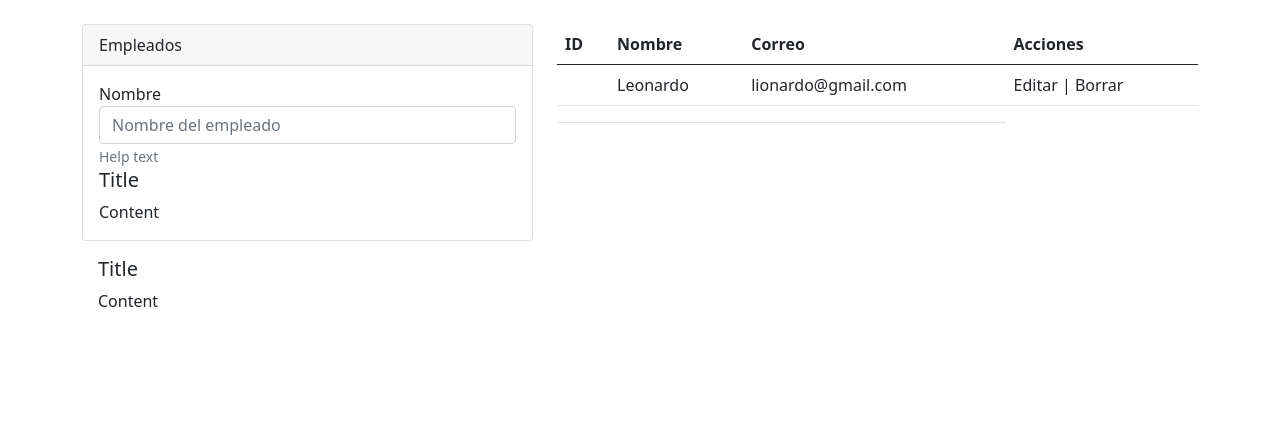
Repository: LionardoGomiz/CRUD-JS-VAINILLA
Page: index.html
An editor plug-in stored every save of this project. The page is shown before and after the next save, followed by the edit.
The browser window is 1280 px wide. The pictures show the whole page.

Above is the page before, as saved 2021-08-09 17:00:18.

### index.html
<!DOCTYPE html>
<html lang="es">
<head>
    <meta charset="UTF-8">
    <meta http-equiv="X-UA-Compatible" content="IE=edge">
    <meta name="viewport" content="width=device-width, initial-scale=1.0">
    <title>CRUD JS Vainilla</title>
    <link href="https://cdn.jsdelivr.net/npm/bootstrap@5.1.0/dist/css/bootstrap.min.css" rel="stylesheet" integrity="sha384-KyZXEAg3QhqLMpG8r+8fhAXLRk2vvoC2f3B09zVXn8CA5QIVfZOJ3BCsw2P0p/We" crossorigin="anonymous">
    <script src="https://cdn.jsdelivr.net/npm/bootstrap@5.1.0/dist/js/bootstrap.bundle.min.js" integrity="sha384-U1DAWAznBHeqEIlVSCgzq+c9gqGAJn5c/t99JyeKa9xxaYpSvHU5awsuZVVFIhvj" crossorigin="anonymous"></script>
</head>
<body>
    <!--<a name=""  id="" class="btn btn-primary" href="#" role="button">Hola </a>-->
    <div class="container">
        <br>
        <div class="row">
            <br>
            <div class="col-md-5">
                    <div class="card">
                        <div class="card-header">
                            Empleados
                        </div>
                        <div class="card-body">
                            <form action="javascript:void(0);" method="POST">
                                    <div class="form-group">
                                      <label for="">Nombre</label>
                                      <input type="text" class="form-control" name="nombre" id="nombre" aria-describedby="helpId" placeholder="Nombre del empleado">
                                      <small id="helpId" class="form-text text-muted">Help text</small>
                                    </div>
                            </form>

                            <h5 class="card-title">Title</h5>
                            <p class="card-text">Content</p>
                        </div>
                    </div>
                    <div class="card-body">
                        <h5 class="card-title">Title</h5>
                        <p class="card-text">Content</p>
                    </div>

            </div>
            <div class="col-md-7">
                <table class="table">
                    <thead>
                        <tr>
                            <th>ID</th>
                            <th>Nombre</th>
                            <th>Correo</th>
                            <th>Acciones</th>
                        </tr>
                    </thead>
                    <tbody>
                        <tr>
                            <td></td>
                            <td scope="row">Leonardo</td>
                            <td>lionardo@gmail.com</td>
                            <td>Editar | Borrar</td>
                        </tr>
                        <tr>
                            <td scope="row"></td>
                            <td></td>
                            <td></td>
                        </tr>
                    </tbody>
                </table>
            </div>
        </div>
    </div>
</body>
</html>

After the next save:
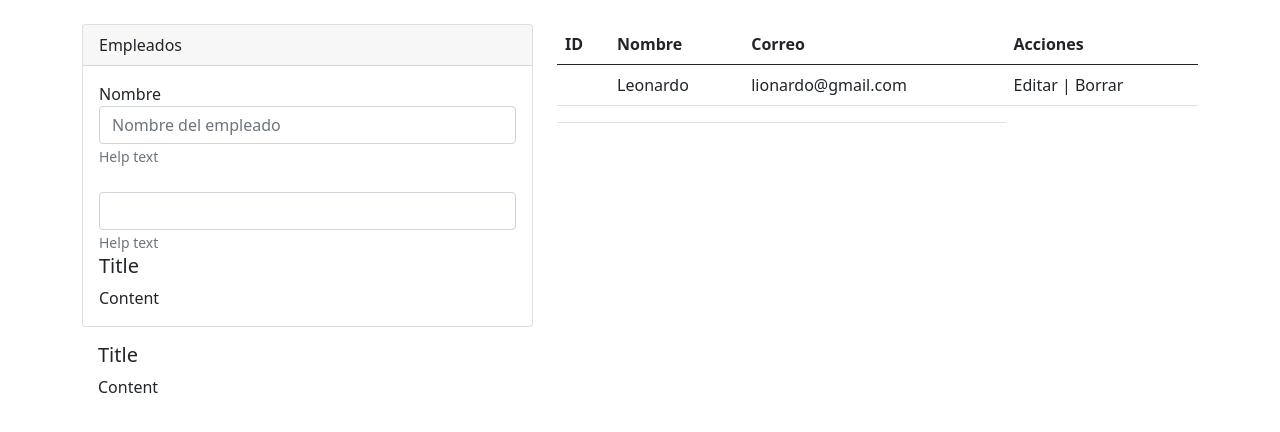
Saved 3 min 23 s later.
--- a/index.html
+++ b/index.html
@@ -26,6 +26,14 @@
                                       <input type="text" class="form-control" name="nombre" id="nombre" aria-describedby="helpId" placeholder="Nombre del empleado">
                                       <small id="helpId" class="form-text text-muted">Help text</small>
                                     </div>
+                                   <div class="form-group">
+                                     <label for=""></label>
+                                     <input type="text"
+                                       class="form-control" name="" id="" aria-describedby="helpId" placeholder="">
+                                     <small id="helpId" class="form-text text-muted">Help text</small>
+                                   </div>
+
+                                    </form>
                             </form>
 
                             <h5 class="card-title">Title</h5>
